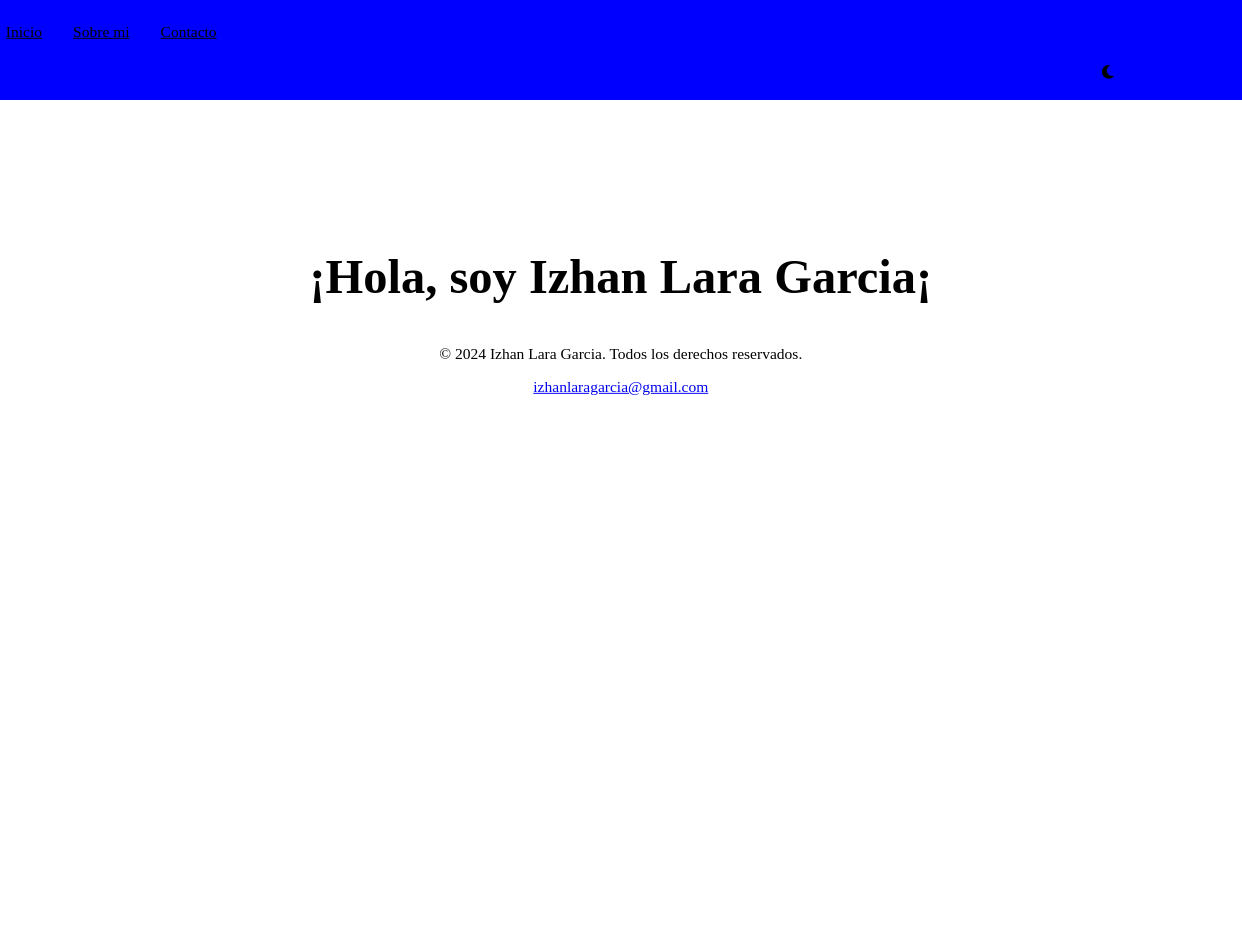
Repository: izhanlaraagarcia/izhanlaraagarcia.github.io
Page: / (app in vite-project/)
These files come from the project's save history. The page is drawn as it stood at one moment and after the next save; the edit follows.
The browser window is 1280 px wide. The pictures show the whole page, at 97% of full size.
The project was rebuilt for these pictures with package versions that can differ from the ones it lists, and the page was loaded fresh each time. Also part of the build but not shown: vite-project/vite.config.js, vite-project/src/Home/Styles/estilos.css, vite-project/src/pages/About/about.jsx, vite-project/src/pages/Contact/contact.jsx.

Above is the page before, as saved 2024-07-11 19:20:13.

After the next save:
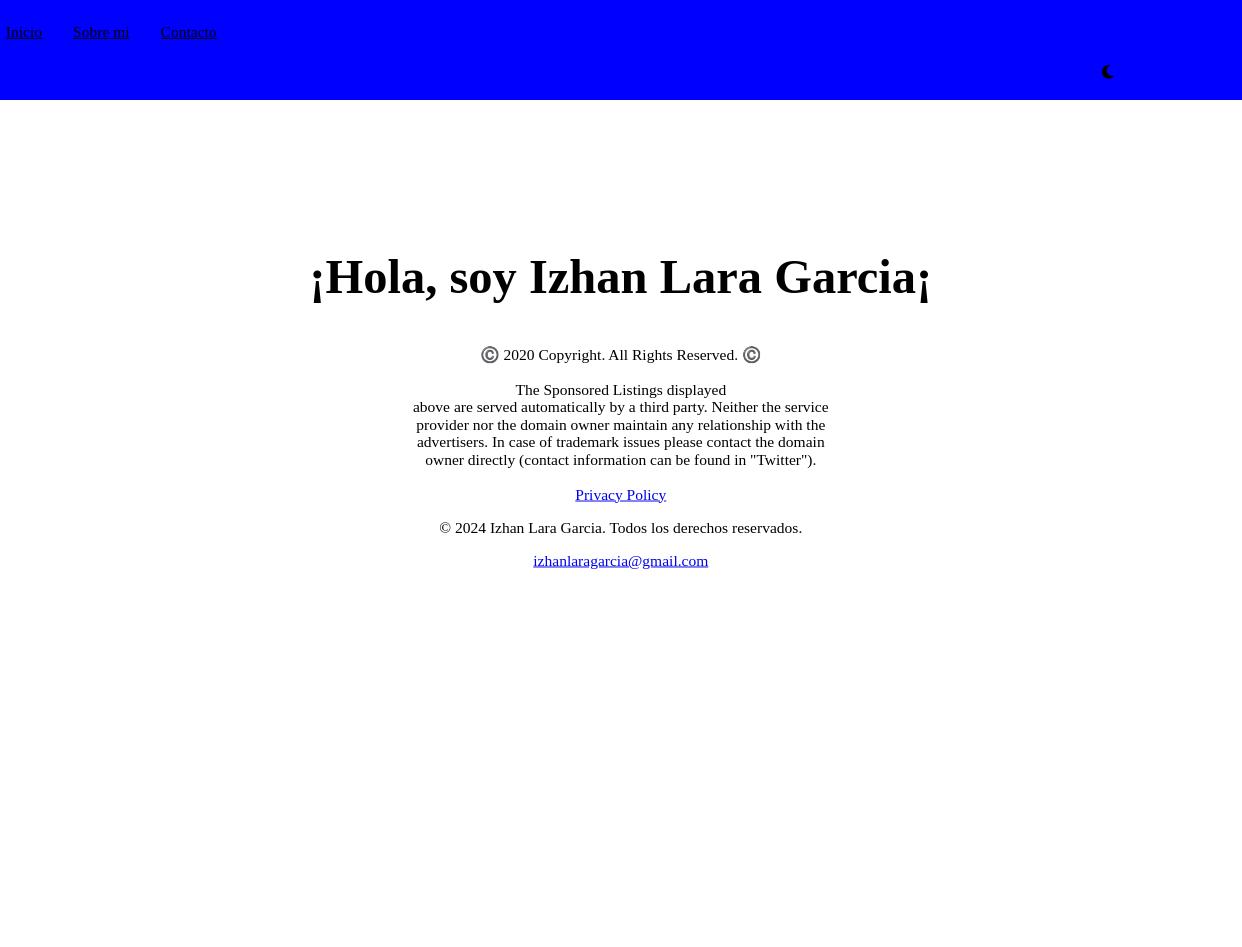
Saved 6 min 21 s later.
--- a/vite-project/src/Componentes-Generales/footer.jsx
+++ b/vite-project/src/Componentes-Generales/footer.jsx
@@ -5,6 +5,22 @@ class Footer extends React.Component {
   render() {
     return (
       <footer id="footer">
+        <footer class="copyright">
+          ©️ 2020 Copyright. All Rights Reserved. ©️
+          <br />
+          <br />
+          The Sponsored Listings displayed <br />
+          above are served automatically by a third party. Neither the service
+          <br />
+          provider nor the domain owner maintain any relationship with the
+          <br />
+          advertisers. In case of trademark issues please contact the domain
+          <br />
+          owner directly (contact information can be found in "Twitter").
+          <br />
+          <br />
+          <a href="https://policies.google.com/privacy?hl=es">Privacy Policy</a>
+        </footer>
         <p>© 2024 Izhan Lara Garcia. Todos los derechos reservados.</p>
         <a href="mailto:izhanlaragarcia@gmail.com">izhanlaragarcia@gmail.com</a>
       </footer>
